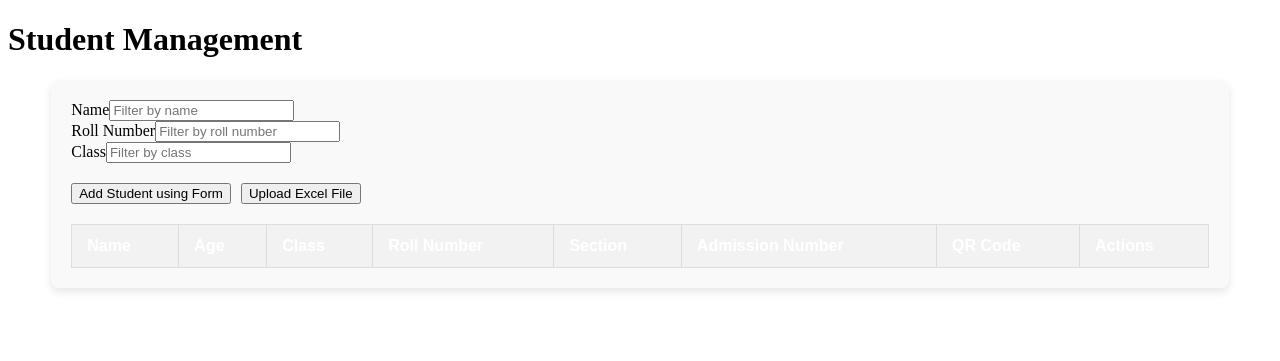
Repository: Hitesh8980/Student_Management
Page: / (app in Front-end/)
An editor plug-in stored every save of this project. The page is shown before and after the next save, followed by the edit.
The browser window is 1280 px wide. The pictures show the whole page.
The page's requests for data from a server got no answer. The project was rebuilt for these pictures with package versions that can differ from the ones it lists, and the page was loaded fresh each time. No one was signed in, and anything a server would have sent is missing. Also part of the build but not shown: Front-end/vite.config.js, Front-end/src/components/QrcodeGenerator.jsx, Front-end/src/components/StudentForm.jsx, Front-end/src/components/Fileupload.jsx.

Above is the page before, as saved 2024-09-18 08:48:43.

### Front-end/src/App.jsx
import React, { useState, useEffect } from 'react';
import axios from 'axios';
import StudentList from './components/Studentlist';

function App() {
  const [students, setStudents] = useState([]);

  useEffect(() => {
    fetchStudents();
  }, []);

  const fetchStudents = async () => {
    try {
      const response = await axios.get('http://localhost:5000/api/students');
      setStudents(response.data.students);
    } catch (error) {
      console.error('Error fetching students:', error);
    }
  };

  return (
    <div>
      <h1>Student Management</h1>

      {/* Student List Table */}
      <StudentList students={students} />
    </div>
  );
}

export default App;

### Front-end/src/index.css
/* Container around the table */
.table-container {
  margin: 20px auto;
  width: 90%;
  max-width: 1200px;
  background-color: #f9f9f9;
  padding: 20px;
  box-shadow: 0 4px 8px rgba(0, 0, 0, 0.1);
  border-radius: 8px;
}

/* Table design */
.student-table {
  width: 100%;
  border-collapse: collapse;
  font-family: 'Arial', sans-serif;
}

.student-table thead {
  background-color: #4CAF50;
  color: white;
}

.student-table th, .student-table td {
  padding: 12px 15px;
  border: 1px solid #ddd;
  text-align: left;
}

/* Alternating row colors */
.student-table tr:nth-child(odd) {
  background-color: #f2f2f2;
}

.student-table tr:nth-child(even) {
  background-color: #ffffff;
}

/* Hover effect for rows */
.student-table tr:hover {
  background-color: #d1e7dd;
}

/* Responsive for small screens */
@media (max-width: 768px) {
  .student-table thead {
    display: none;
  }

  .student-table, .student-table tbody, .student-table tr, .student-table td {
    display: block;
    width: 100%;
  }

  .student-table tr {
    margin-bottom: 15px;
  }

  .student-table td {
    text-align: right;
    padding-left: 50%;
    position: relative;
  }

  .student-table td::before {
    content: attr(data-label);
    position: absolute;
    left: 10px;
    width: 45%;
    padding-right: 10px;
    text-align: left;
    font-weight: bold;
  }
}

### Front-end/src/components/Studentlist.jsx
import React, { useState, useEffect } from "react";
import { Table, Button, Form, Collapse, Row, Col } from "react-bootstrap";
import QRCodeGenerator from "./QrcodeGenerator";
import StudentForm from "./StudentForm";
import FileUpload from "./Fileupload";
import axios from "axios";
import "../index.css";

function StudentList() {
  const [students, setStudents] = useState([]);
  const [filteredStudents, setFilteredStudents] = useState([]);
  const [filters, setFilters] = useState({
    name: "",
    rollNumber: "",
    class: "",
  });

  const [showForm, setShowForm] = useState(false);
  const [showFileUpload, setShowFileUpload] = useState(false);

  useEffect(() => {
    fetchStudents();
  }, []);

  useEffect(() => {
    setFilteredStudents(students);
    applyFilters();
  }, [students, filters]);

  const fetchStudents = async () => {
    try {
      const response = await axios.get("http://localhost:5000/api/students");
      const studentData = Array.isArray(response.data.students)
        ? response.data.students
        : [];
      setStudents(studentData);
      setFilteredStudents(studentData);
    } catch (error) {
      console.error("Error fetching students:", error);
    }
  };

  const handleFilterChange = (e) => {
    const { name, value } = e.target;
    setFilters((prev) => ({ ...prev, [name]: value }));
  };

  const applyFilters = () => {
    if (!Array.isArray(students)) return;

    const { name, rollNumber, class: studentClass } = filters;

    const filtered = students.filter((student) => {
      return (
        (name === "" ||
          student.name?.toLowerCase().includes(name.toLowerCase())) &&
        (rollNumber === "" ||
          student.rollNumber
            ?.toLowerCase()
            .includes(rollNumber.toLowerCase())) &&
        (studentClass === "" ||
          student.class?.toLowerCase().includes(studentClass.toLowerCase()))
      );
    });

    setFilteredStudents(filtered);
  };

  const handleDelete = async (id) => {
    try {
      await axios.delete(`http://localhost:5000/api/students/${id}`);
      fetchStudents();
    } catch (error) {
      console.error("Error deleting student:", error);
    }
  };

  const toggleForm = () => setShowForm((prev) => !prev);
  const toggleFileUpload = () => setShowFileUpload((prev) => !prev);

  return (
    <div className="table-container">
      {/* Filter Form */}
      <Form className="filter-form">
        <Row>
          <Col md={4}>
            <Form.Group controlId="filterName">
              <Form.Label>Name</Form.Label>
              <Form.Control
                type="text"
                placeholder="Filter by name"
                name="name"
                value={filters.name}
                onChange={handleFilterChange}
              />
            </Form.Group>
          </Col>
          <Col md={4}>
            <Form.Group controlId="filterRollNumber">
              <Form.Label>Roll Number</Form.Label>
              <Form.Control
                type="text"
                placeholder="Filter by roll number"
                name="rollNumber"
                value={filters.rollNumber}
                onChange={handleFilterChange}
              />
            </Form.Group>
          </Col>
          <Col md={4}>
            <Form.Group controlId="filterClass">
              <Form.Label>Class</Form.Label>
              <Form.Control
                type="text"
                placeholder="Filter by class"
                name="class"
                value={filters.class}
                onChange={handleFilterChange}
              />
            </Form.Group>
          </Col>
        </Row>
      </Form>

      {/* Buttons to toggle forms */}
      <div className="button-group" style={{ margin: "20px 0" }}>
        <Button variant="primary" onClick={toggleForm}>
          Add Student using Form
        </Button>
        <Button
          variant="secondary"
          onClick={toggleFileUpload}
          style={{ marginLeft: "10px" }}
        >
          Upload Excel File
        </Button>
      </div>

      {/* Conditionally rendering the Student Form */}
      {showForm && (
        <Collapse in={showForm}>
          <div>
            <StudentForm fetchStudents={fetchStudents} />
          </div>
        </Collapse>
      )}

      {/* Conditionally rendering the File Upload Form */}
      {showFileUpload && (
        <Collapse in={showFileUpload}>
          <div>
            <FileUpload fetchStudents={fetchStudents} />
          </div>
        </Collapse>
      )}

      {/* Student Table */}
      <Table striped bordered hover responsive className="student-table">
        <thead>
          <tr>
            <th>Name</th>
            <th>Age</th>
            <th>Class</th>
            <th>Roll Number</th>
            <th>Section</th>
            <th>Admission Number</th>
            <th>QR Code</th>
            <th>Actions</th>
          </tr>
        </thead>
        <tbody>
          {filteredStudents.map((student) => (
            <tr key={student.admissionNumber}>
              <td>{student.name}</td>
              <td>{student.age}</td>
              <td>{student.class}</td>
              <td>{student.rollNumber}</td>
              <td>{student.section}</td>
              <td>{student.admissionNumber}</td>
              <td>
                <QRCodeGenerator value={student.admissionNumber} />
              </td>
              <td>
                <Button
                  variant="danger"
                  onClick={() => handleDelete(student.admissionNumber)}
                >
                  Delete
                </Button>
              </td>
            </tr>
          ))}
        </tbody>
      </Table>
    </div>
  );
}

export default StudentList;

Loaded but not shown: Front-end/index.html (common file); Front-end/src/main.jsx (common file)

After the next save:
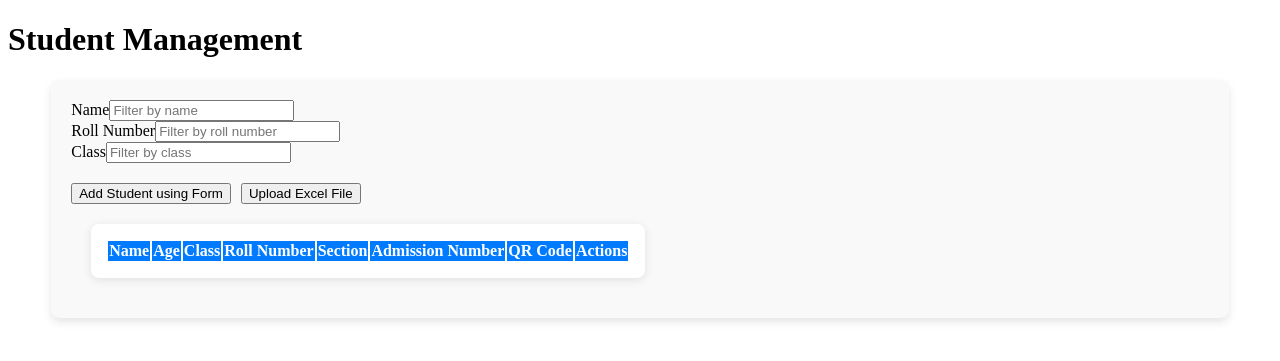
Saved 7 h 59 min later.
--- a/Front-end/src/index.css
+++ b/Front-end/src/index.css
@@ -11,29 +11,20 @@
 
 /* Table design */
 .student-table {
-  width: 100%;
-  border-collapse: collapse;
-  font-family: 'Arial', sans-serif;
+  margin: 20px; /* Adjust margin as needed */
+  padding: 15px; /* Add padding */
+  background-color: #ffffff; /* Background color for the table */
+  border-radius: 8px; /* Optional: rounded corners */
+  box-shadow: 0 2px 10px rgba(0, 0, 0, 0.1); /* Optional: shadow for depth */
 }
 
-.student-table thead {
-  background-color: #4CAF50;
-  color: white;
+.student-table thead th {
+  background-color: #007bff; /* Header background color */
+  color: #fff; /* Header text color */
 }
 
-.student-table th, .student-table td {
-  padding: 12px 15px;
-  border: 1px solid #ddd;
-  text-align: left;
-}
-
-/* Alternating row colors */
-.student-table tr:nth-child(odd) {
-  background-color: #f2f2f2;
-}
-
-.student-table tr:nth-child(even) {
-  background-color: #ffffff;
+.student-table tbody tr:nth-child(odd) {
+  background-color: #f2f2f2; /* Odd row background color */
 }
 
 /* Hover effect for rows */

After the save that followed:
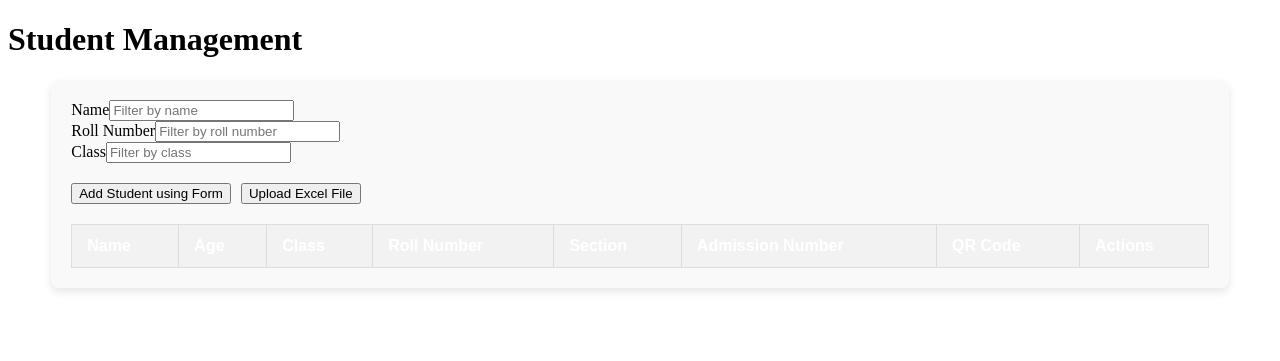
Saved 10 s later.
--- a/Front-end/src/index.css
+++ b/Front-end/src/index.css
@@ -11,20 +11,29 @@
 
 /* Table design */
 .student-table {
-  margin: 20px; /* Adjust margin as needed */
-  padding: 15px; /* Add padding */
-  background-color: #ffffff; /* Background color for the table */
-  border-radius: 8px; /* Optional: rounded corners */
-  box-shadow: 0 2px 10px rgba(0, 0, 0, 0.1); /* Optional: shadow for depth */
+  width: 100%;
+  border-collapse: collapse;
+  font-family: 'Arial', sans-serif;
 }
 
-.student-table thead th {
-  background-color: #007bff; /* Header background color */
-  color: #fff; /* Header text color */
+.student-table thead {
+  background-color: #4CAF50;
+  color: white;
 }
 
-.student-table tbody tr:nth-child(odd) {
-  background-color: #f2f2f2; /* Odd row background color */
+.student-table th, .student-table td {
+  padding: 12px 15px;
+  border: 1px solid #ddd;
+  text-align: left;
+}
+
+/* Alternating row colors */
+.student-table tr:nth-child(odd) {
+  background-color: #f2f2f2;
+}
+
+.student-table tr:nth-child(even) {
+  background-color: #ffffff;
 }
 
 /* Hover effect for rows */
